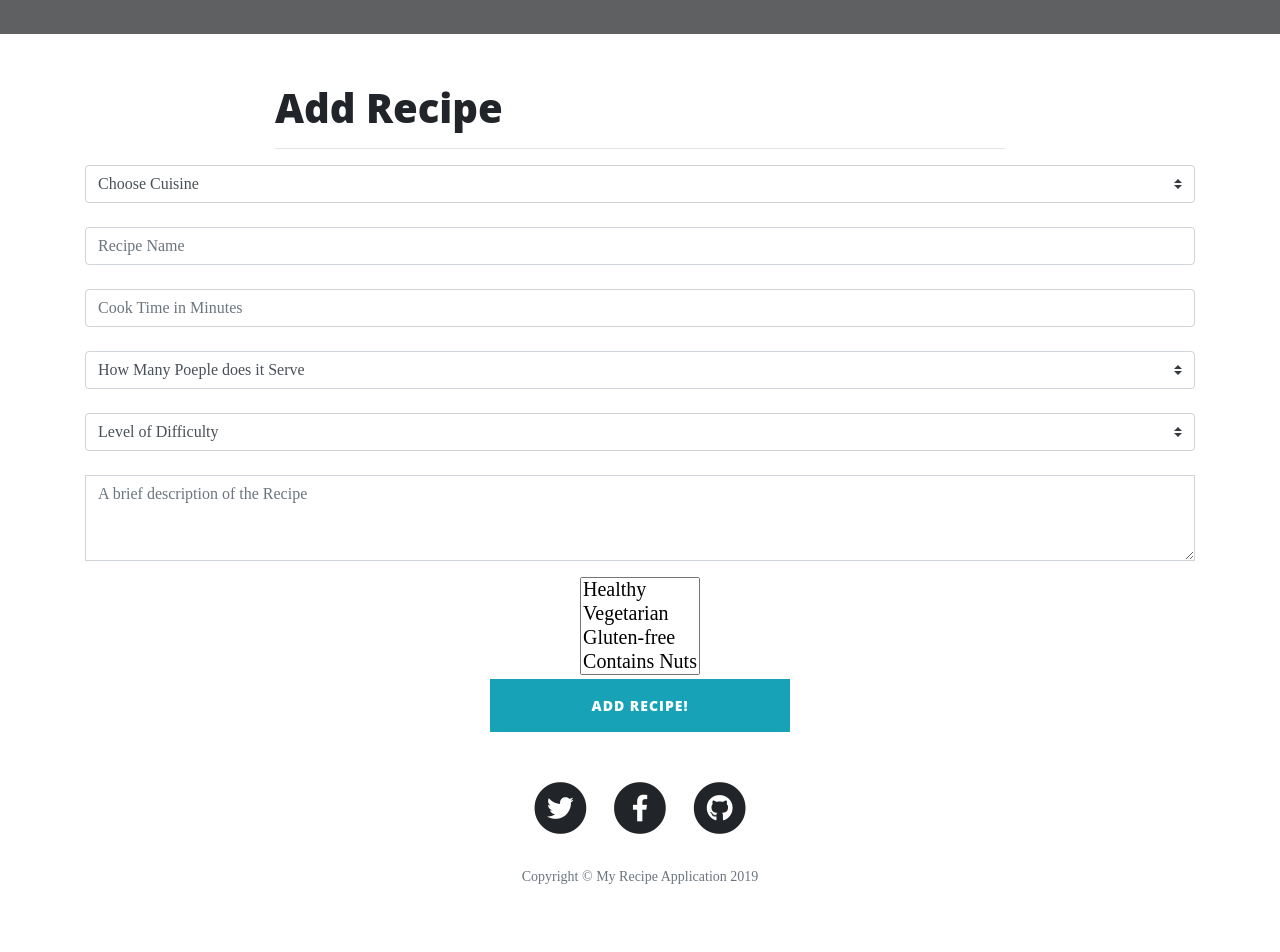
Repository: CapitainHolmes/cookbook-project
Page: http://localhost/add_recipe
The author's editor kept a record of every edit. The page is drawn from the files as they stood at one moment, then again after the next edit.
The browser window is 1280 px wide. The pictures show the part of the page from y = 594 to 1546 px (the page is 1546 px tall before and 1444 px after).
Pictures or frames that could not be fetched are drawn as grey boxes. Some web libraries are served in a nearby version. The page is served by the project's application, run on Flask 3 (app.py). Queries for data that is not in the repository find no rows.

Above is the page before.

After the next edit:
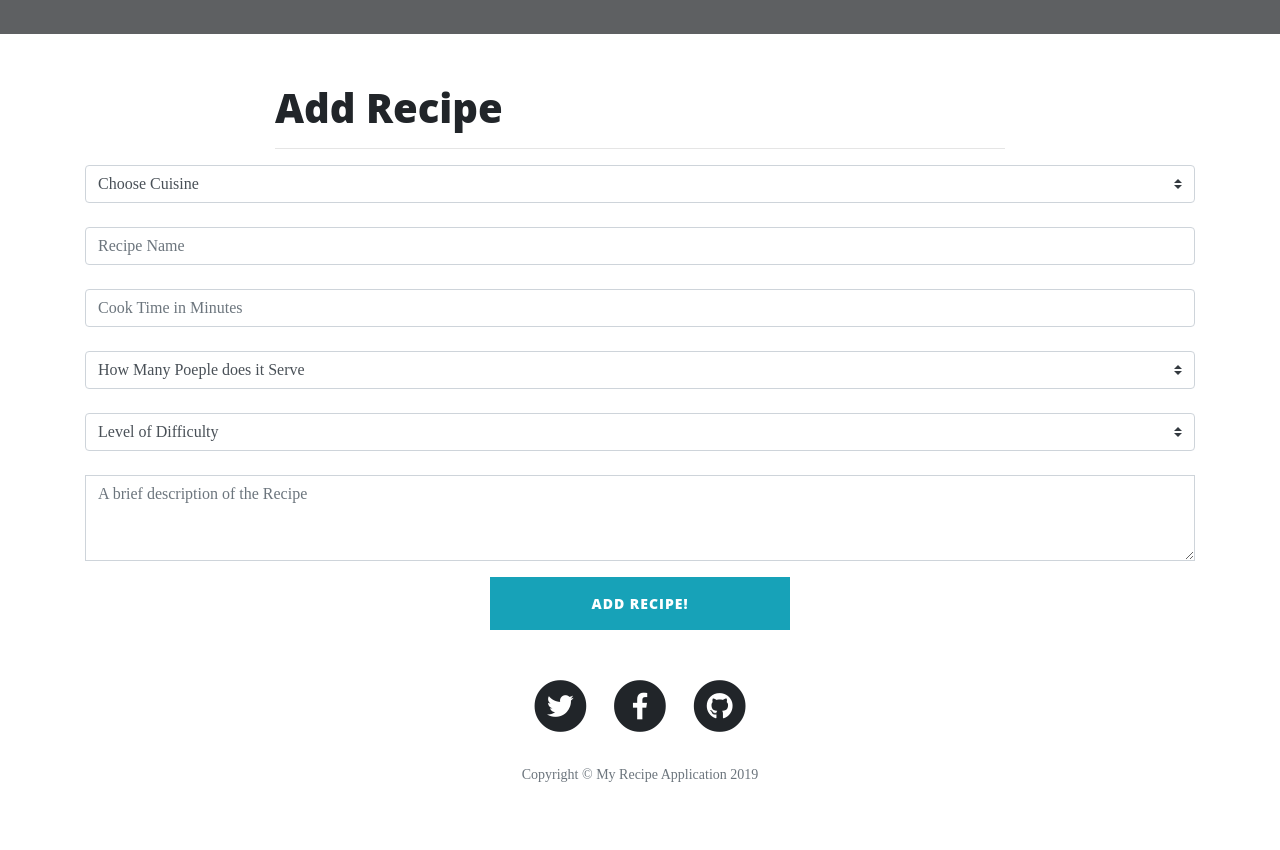
The edit:
--- a/templates/addrecipe.html
+++ b/templates/addrecipe.html
@@ -51,13 +51,7 @@
     <textarea class="form-control rounded-0" id="description" rows="3" placeholder="A brief description of the Recipe"></textarea>
   </div>
 
-  <select class="selectpicker" multiple data-selected-text-format="count > 3">
-      <option>Healthy</option>
-      <option>Vegetarian</option>
-      <option>Gluten-free</option>
-      <option>Contains Nuts</option>
-      <option></option>
-  </select>
+
 
   <!-- Send button -->
   <div id="my_centered_buttons">
